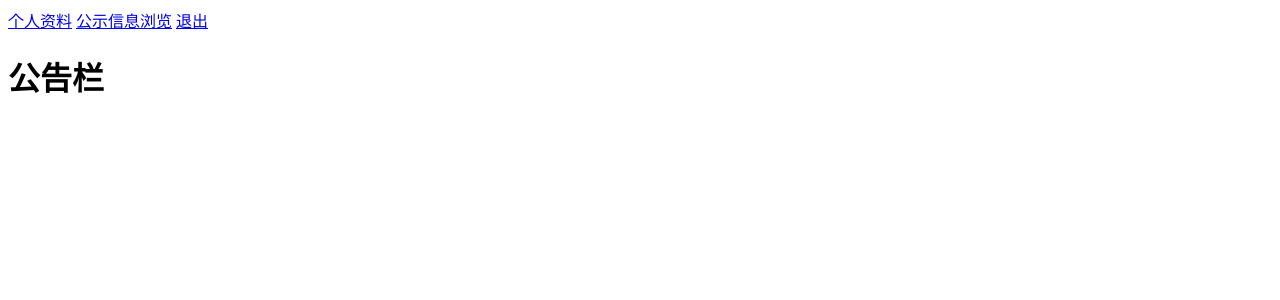
Repository: wyubb/Java
Page: http://localhost/Chapter3/student_main.jsp
These files come from the project's save history. The page is drawn as it stood at one moment and after the next save; the edit follows.
The browser window is 1280 px wide. The pictures show the whole page.
The page is served by Tomcat 9. Other server files are loaded and not shown. Queries for data that is not in the repository find no rows.

Above is the page before, as saved 2019-04-08 05:37:58.

### Chapter3/WebContent/student_main.jsp
<%@ page language="java" contentType="text/html; charset=gbk"%>
<%@page import="java.util.*,domain.*,service.imp.*,dao.imp.*"%>
<!DOCTYPE html PUBLIC "-//W3C//DTD HTML 4.01 Transitional//EN" "http://www.w3.org/TR/html4/loose.dtd">
<html>
<head>
<meta http-equiv="Content-Type" content="text/html; charset=ISO-8859-1">
<title>学生界面-首页</title>
</head>
<body>
<div id="menu">
				<a href =	 "student_data.jsp">个人资料</a>
				<a href = "student_main.jsp">公示信息浏览</a>
				<a href = "login.jsp">退出</a>
		</div>
<jsp:useBean id="infoService" class="service.imp.InfoService" scope="session"></jsp:useBean>
<%
    //调用业务逻辑层方法，获取所有信息列表
	List<Information> list = infoService.getAllInfo();
%>
<div class="post">
			<h1>公告栏</h>
                    <%
                    //循环帖子列表，显示日志信息
					for(Information info:list)
					{
					%>
					<div class="content">
 						<!-- 读者请注意此处的Java表达式运用 -->
						<p><a href="detail.jsp?Id=<%=info.getId()%>"><%=info.getTitle()%></a>&nbsp;&nbsp;<%=info.getPublishingtime()%></p>
					</div>
					<%
						}
					%>
</div>
</body>
</html>

### Chapter3/src/service/IInfoService.java
package service;

import java.util.List;
import domain.Information;

/**
 * Information对应的业务逻辑接口，提供一些与信息相关的业务逻辑操作的公开的方法声明
 */
public interface IInfoService {

	//添加一条发布信息到数据库
	public void addInfo(Information information);

	//获取所有信息列表
	public List<Information> getAllInfo();
}

### Chapter3/src/service/imp/InfoService.java
package service.imp;

import java.util.List;
import dao.IInfoDAO;
import dao.imp.InfoDAO;
import domain.Information;
import service.IInfoService;

/**
 * Information잚뚤壇돨撚蛟쭉서잚 瓊묩撚蛟쭉서꾸鱗
 */
public class InfoService implements IInfoService {
	/**
	 * 땍屢IInfoDAO잚謹돨橄昑，鹿茄君InfoService뵨IInfoDAO茄君잚裂쇌돨葵鱗
	 */
	private IInfoDAO infoDAO=new InfoDAO();

	/**
	 * 칵훰뭐芚변鑒
	 */
	public InfoService() {

	}

	/**
	 * 鞏鑒앴욋櫓警속斤口
	 */

	public void addInfo(Information information) {
		// 흔벎斤口槨왕，橙럿쀼，轟矜警속
	if (information.getTitle() == null)
	     return;
		// 斤口ID꼇槨왕，綱츠맡斤口瞳鑒앴욋櫓綠닸瞳，꼇壇맡角警속랍壇맡角뫘劤
		// 鞏鑒앴욋櫓警속斤口
		infoDAO.addInfo(information);
	}

	/**
	 * 삿돤鑒앴욋櫓杰唐斤口，럿쀼List<Information>잚謹
	 */
	public List<Information> getAllInfo() {
		return infoDAO.getAllInfo();
	}

}

### Chapter3/src/dao/IInfoDAO.java
package dao;

import java.util.List;

import domain.Information;

/**
 * Information类对应的DAO接口，提供一些与信息相关的数据库增删查改操作的公开的方法声明
 * @author Administrator
 *
 */
public interface IInfoDAO {
	//该方法实现添加一条信息到数据库中
	public void addInfo(Information information);
	//该方法获取所有信息列表
	public List<Information> getAllInfo();


}

### Chapter3/src/dao/imp/InfoDAO.java
package dao.imp;

import java.sql.ResultSet;
import java.sql.SQLException;
import java.text.SimpleDateFormat;
import java.util.ArrayList;
import java.util.List;

import dao.IInfoDAO;
import domain.*;

/**
 * Information类对应的DAO
 */
public class InfoDAO  implements IInfoDAO {
	/**
	 * 默认构造函数
	 */
	public InfoDAO() {

	}

	/**
	 * 往数据库中添加信息
	 */
	public void addInfo(Information information) {

		//初始化数据库访问类
		DatabaseDAO myDB = new DatabaseDAO();
		//构造SQL语句
		String sql = "insert into information"+
"(Title,Content,Publishinguser) values('"
		+information.getTitle()+"','"+information.getContent()+"','"+information.getPublishiuser()+"')";

		System.out.println("sql语句  "+sql);
		try
		{
			//执行SQL语句
			myDB.executeSQL(sql);
		}
		//处理SQL语句执行过程中可能产生的异常
		catch(SQLException sqlEx)
		{
			sqlEx.printStackTrace();
		}
		catch(ClassNotFoundException cnfEx)
		{
			cnfEx.printStackTrace();
		}
	}

	/**
	 * 从数据库中获得所有信息
	 */
	public List<Information> getAllInfo() {

		//初始化sql查询语句
		String sql = "select * from information";
		//调用相关方法，并返回查询结果
		return getInfoBySqlString(sql);
	}



	/**
	 * 该方法通过执行一条查询的SQL语句来获取查询结果，并把查询结果封装成信息列表返
	 *
	 * @param sql
	 * @return
	 */
	public List<Information> getInfoBySqlString(String sql){
		//初始化数据库访问类
		DatabaseDAO myDB = new DatabaseDAO();
		//定义信息列表，预备返回对象
		List<Information> list = new ArrayList<Information>();
		try{
			//执行sql查询语句，并获取查询结果集
			ResultSet mySet = myDB.getResultSet(sql);
			while(mySet.next())
			{
				//定义信息类对象，用来封装查询数据
				Information information = new Information();
				//设置信息类对象的Id字段值
				information.setId(mySet.getInt("Id"));
				//设置信息类对象的标题字段值
				information.setTitle(mySet.getString("Title"));
				//设置信息类对象的信息内容字段值
				information.setContent(mySet.getString("Content"));
				//设置信息类对象的发布时间字段值

				information.setPublishingtime(mySet.getString("PublishingTime"));
				//定义一个用户类对象，该对象用来为信息类对象的用户字段赋值

				//设置信息类对象的用户字段值
				information.setPublishiuser(mySet.getString("PublishingUser"));

				//把信息类对象加入返回数据集中
				list.add(information);
			}
		}
		//处理异常
		catch(ClassNotFoundException cnfEx)
		{
			cnfEx.printStackTrace();
		}
		catch(SQLException sqlEx)
		{
			sqlEx.printStackTrace();
		}
		finally
		{
			try
			{
				//释放数据库操作类的数据库连接对象
				myDB.releaseConnection();
			}
			catch(SQLException sqlEx)
			{
				sqlEx.printStackTrace();
			}
		}
		//返回结果
		return list;
	}
}

### Chapter3/src/dao/IDatabaseDAO.java
package dao;

import java.sql.Connection;
import java.sql.ResultSet;
import java.sql.SQLException;

public interface IDatabaseDAO {
	public Connection getConnection();
	 public void releaseConnection() throws SQLException;
	 public ResultSet getResultSet(String querySQL) throws SQLException, ClassNotFoundException;
	 public void executeSQL(String SQL) throws SQLException, ClassNotFoundException;
}

### Chapter3/src/dao/imp/DatabaseDAO.java
package dao.imp;

import java.sql.Connection;
import java.sql.DriverManager;
import java.sql.ResultSet;
import java.sql.SQLException;
import java.sql.Statement;

import dao.IDatabaseDAO;

public class DatabaseDAO implements IDatabaseDAO {
	 private Connection conn = null;
     /**
     * 获取数据库连接对象
     * @return 数据库连接对象
     * @throws ClassNotFoundException
     * @throws SQLException
     */
	 public Connection getConnection()  {
		 Connection conn = null;
         //加载数据库驱动

			try{
				Class.forName("com.mysql.jdbc.Driver");
				conn = DriverManager.getConnection("jdbc:mysql://localhost/community", "root", "123456");
			  	}catch(Exception e){
				e.printStackTrace();
			}

			  	System.out.println("数据库连接成功！");
			return conn;
	}
     /**
	  * 关闭类中的连接对象
	  * @throws SQLException
	  */
	 public void releaseConnection()
			throws SQLException {
		this.conn.close();
		this.conn = null;
	}
	/**
	 * 执行一个SQL查询语句，并返回查询的结果集
	 * @param SQL查询语句
	 * @return 数据库查询结果集
	 * @throws SQLException
	 * @throws ClassNotFoundException
	 */
	public ResultSet getResultSet(String querySQL) throws SQLException, ClassNotFoundException
	{
		System.out.println("sql语句:"+querySQL);
		if(conn == null)
		{
			this.conn = getConnection();
		}
		Statement stm = conn.createStatement();

        //执行SQL查询语句并返回查询结果集
		ResultSet thisRST = stm.executeQuery(querySQL);
		return thisRST;
	}
    /**
	 * 直接执行一条对数据库修改（包括增删改）的SQL语句
	 * @param SQL语句
	 * @throws SQLException
	 * @throws ClassNotFoundException
	 */
	public void executeSQL(String SQL) throws SQLException,
 ClassNotFoundException
	{
		if(conn == null)
		{
			this.conn = getConnection();
		}
		Statement stm = conn.createStatement();

		//执行给定的SQL语句
		stm.executeUpdate(SQL);

        //关闭连接对象
		this.conn.close();
		this.conn = null;
	}

}

After the next save:
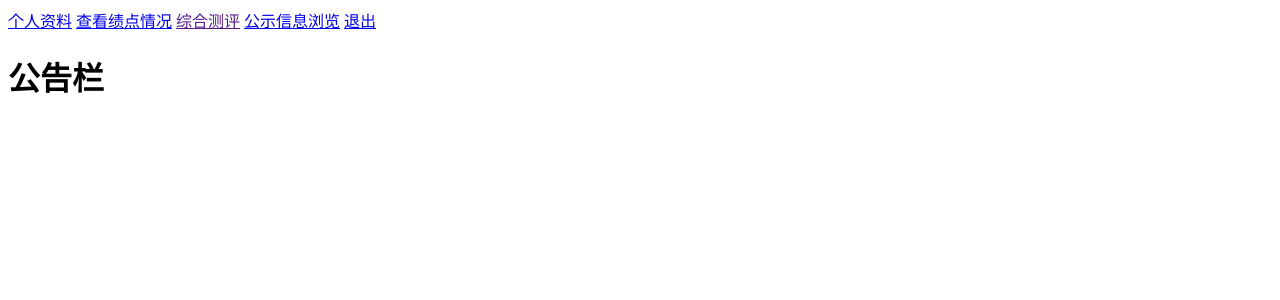
Saved 57 s later.
--- a/Chapter3/WebContent/student_main.jsp
+++ b/Chapter3/WebContent/student_main.jsp
@@ -9,6 +9,8 @@
 <body>
 <div id="menu">
 				<a href =	 "student_data.jsp">个人资料</a>
+				<a href = "gpa.jsp"	>查看绩点情况</a>
+				<a href ="">综合测评</a>
 				<a href = "student_main.jsp">公示信息浏览</a>
 				<a href = "login.jsp">退出</a>
 		</div>
